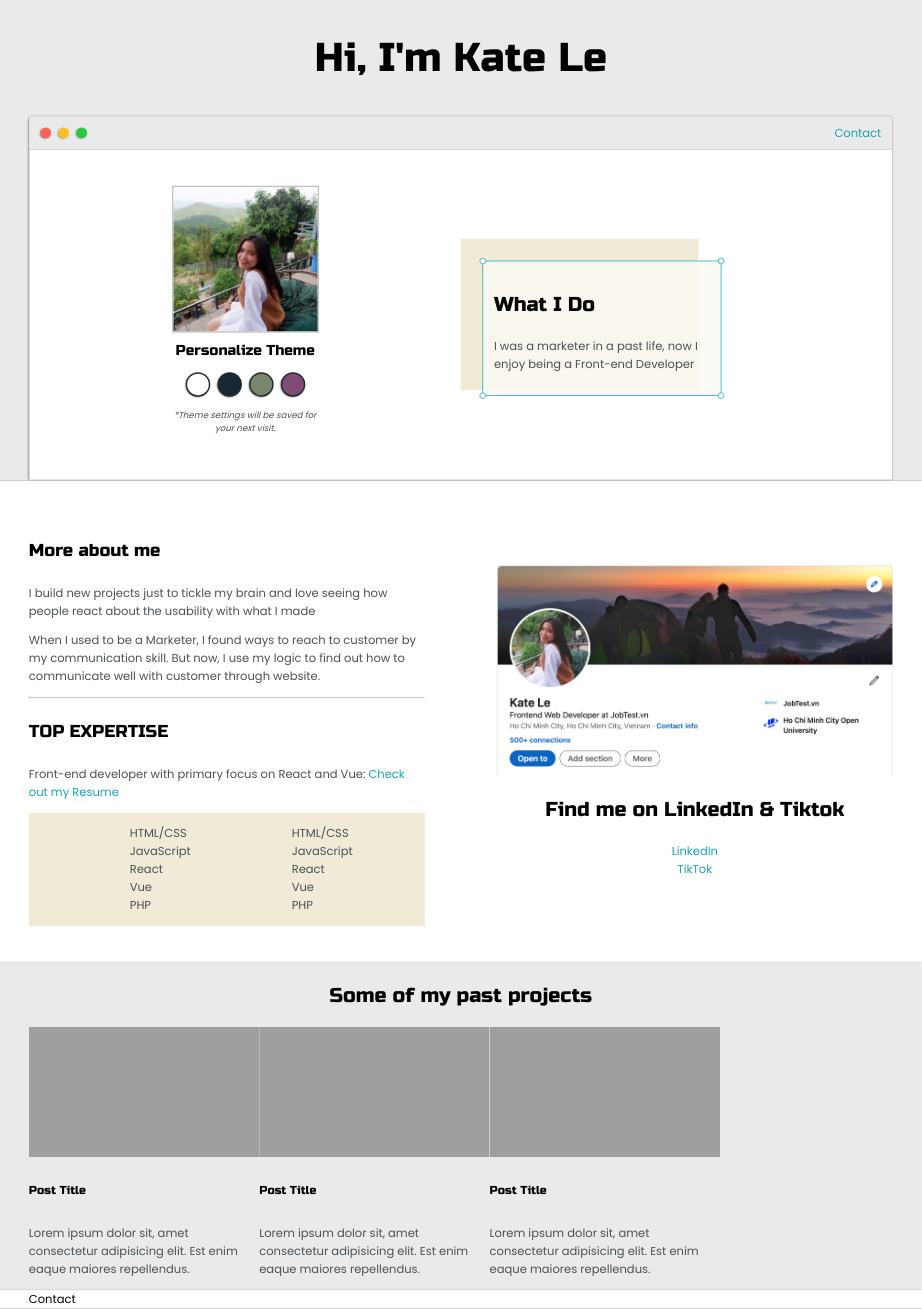
Repository: kate30980/my-persponal-website
Page: index.html
An editor plug-in stored every save of this project. The page is shown before and after the next save, followed by the edit.
The browser window is 1280 px wide. The pictures show the whole page, at 72% of full size.
Pictures or frames that could not be fetched are drawn as grey boxes.

Above is the page before, as saved 2021-08-26 22:46:22.

After the next save:
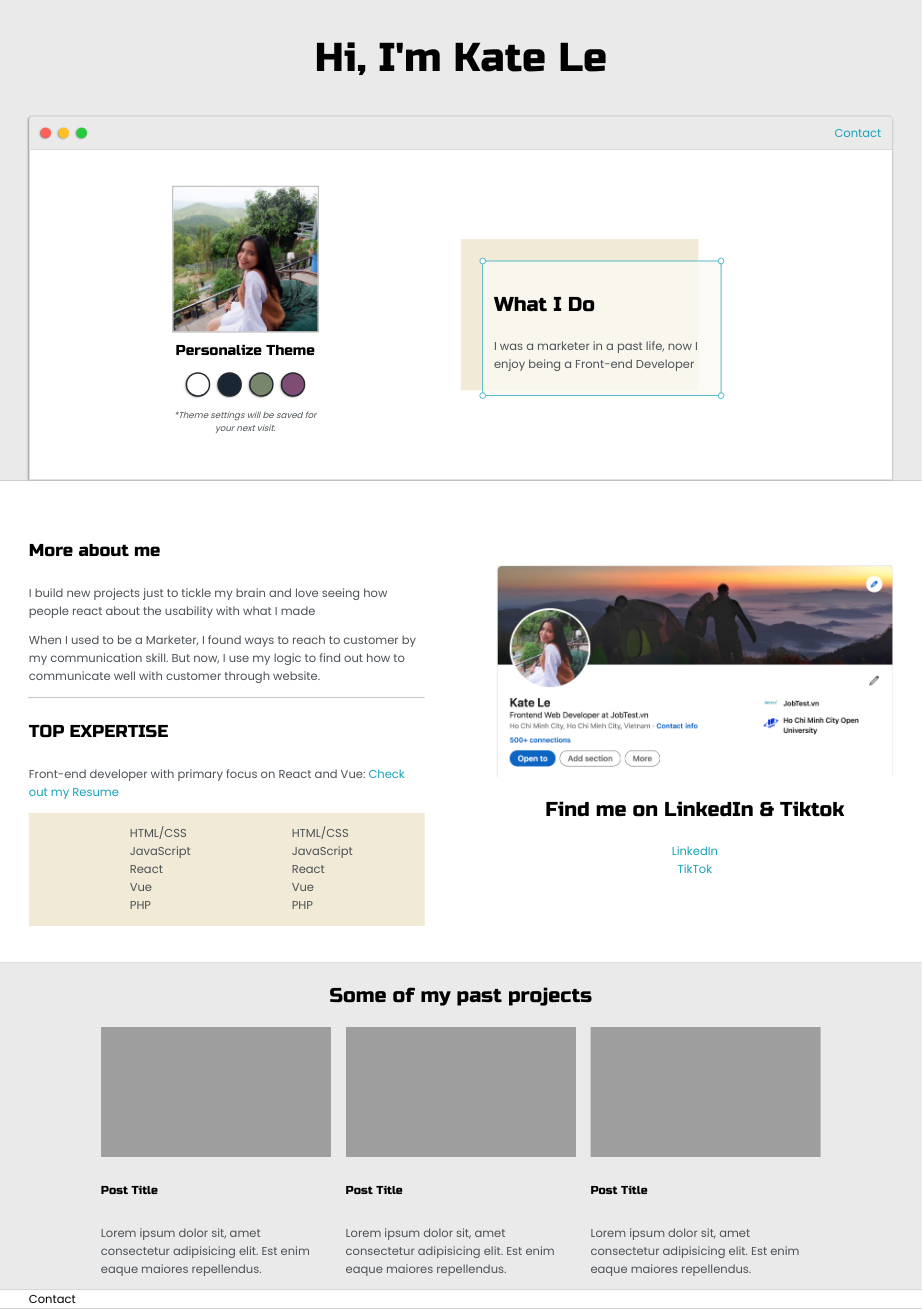
Saved 12 s later.
--- a/main.css
+++ b/main.css
@@ -280,14 +280,14 @@
 .post-wrapper {
   display: grid;
   grid-template-columns: repeat(auto-fit, 320px);
+  gap: 20px;
+  justify-content: center;
 }
 .thumbnail {
   width: 100%;
   height: 180px;
   display: block;
   object-fit: cover;
-  gap: 20px;
-  justify-content: center;
 }
 @media screen and (max-width: 1200px) {
   .main-container {
